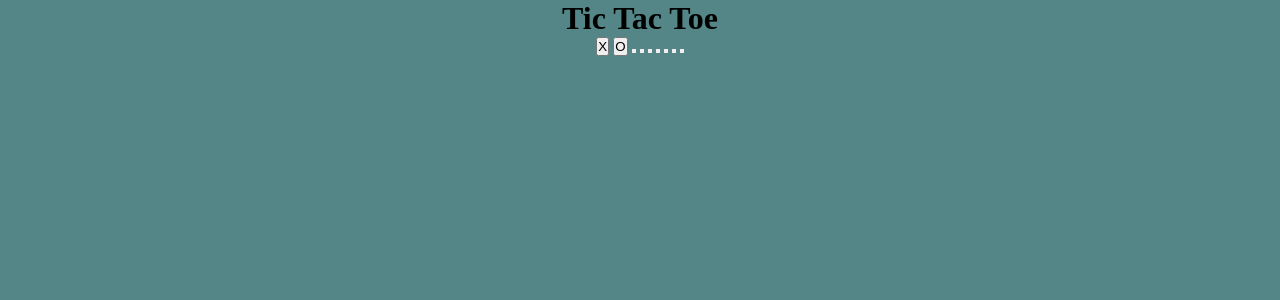
Repository: pankaj-shaw05/Tic-Tac-Toe
Page: index.html
These files come from the project's save history. The page is drawn as it stood at one moment and after the next save; the edit follows.
The browser window is 1280 px wide. The pictures show the whole page.

Above is the page before, as saved 2026-04-07 08:08:44.

### index.html
<!DOCTYPE html>
<html lang="en">
<head>
    <meta charset="UTF-8">
    <meta name="viewport" content="width=device-width, initial-scale=1.0">
    <title>Tic-Tac-Toe Game</title>
    <link rel="stylesheet" href="style.css"/>
</head>
<body>
    <main>
        <h1>Tic Tac Toe</h1>
        <div class="container">
        <div class="game">
            <button class="box">X</button>
            <button class="box">O</button>
            <button class="box"></button>
            <button class="box"></button>
            <button class="box"></button>
            <button class="box"></button>
            <button class="box"></button>
            <button class="box"></button>
            <button class="box"></button>
        </div>
        </div>
    </main>

</body>
</html>

### style.css
* {
    margin: 0;
    padding: 0;

}

body {
    background-color: #548687;
    text-align: center;
}

.container {
    height: 70vh;
}

.game {
    height: 60vmin;
}

After the next save:
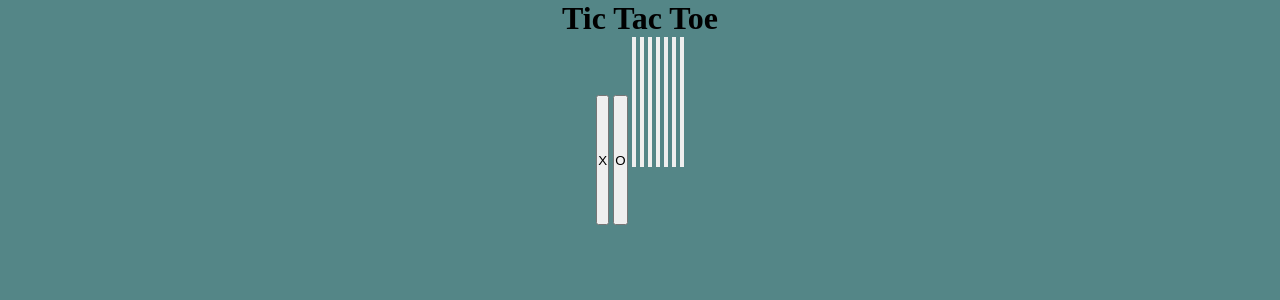
Saved 77 s later.
--- a/style.css
+++ b/style.css
@@ -16,3 +16,7 @@
 .game {
     height: 60vmin;
 }
+
+.box {
+    height: 18vmin;
+}
